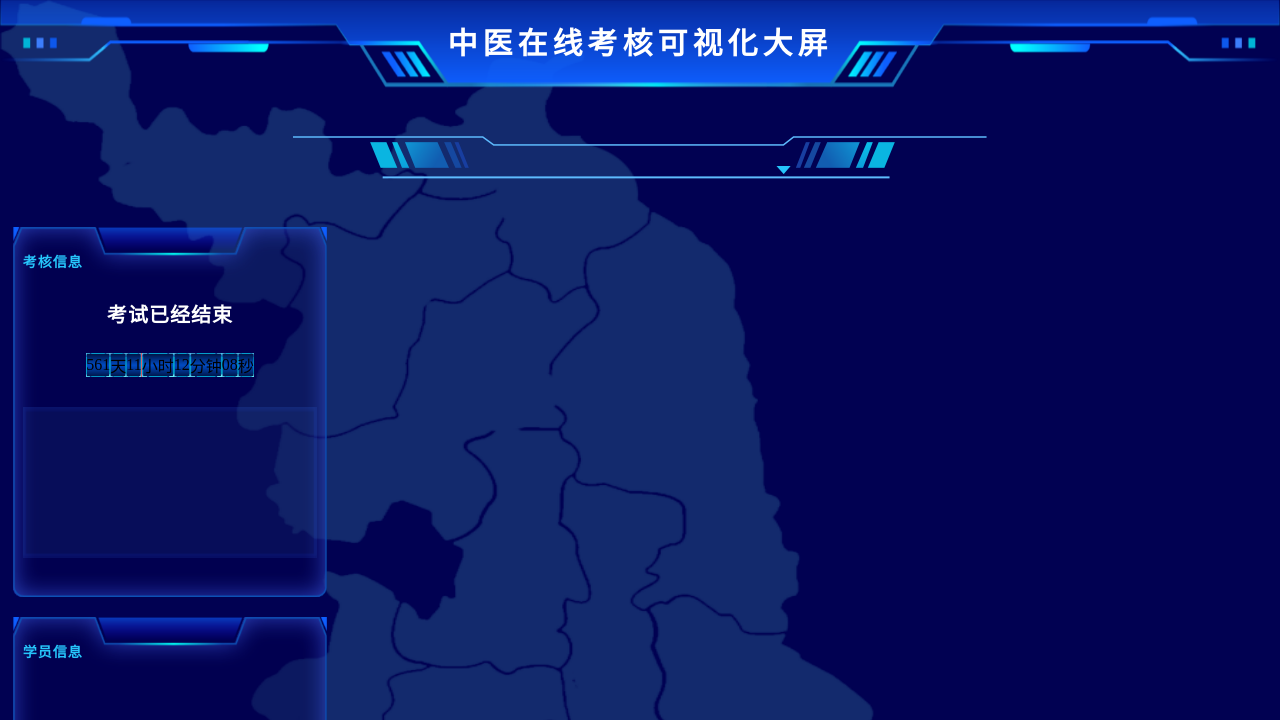
Repository: krislorem/medicine-online-datascreen-vue
Page: /
These files come from the project's save history. The page is drawn as it stood at one moment and after the next save; the edit follows.
The browser window is 1280 px wide. The pictures show the whole page.
The project was rebuilt for these pictures with package versions that can differ from the ones it lists, and the page was loaded fresh each time. Also part of the build but not shown: vite.config.ts.

Above is the page before, as saved 2024-12-04 19:55:15.
Console error (its wording comes from the project's code and is left out).

### src/main.ts
import './assets/main.css'

import { createApp } from 'vue'
import { createPinia } from 'pinia'
import ElementPlus from 'element-plus'
import 'element-plus/dist/index.css'
import App from './App.vue'
import router from './router'

const app = createApp(App)

app.use(createPinia())
app.use(router)
app.use(ElementPlus)
app.mount('#app')

### src/assets/main.css
body, html {
  width: 100%;
  height: 100%;
  overflow: hidden;
  margin: 0;
  padding: 0;
  width: 100vw;
  height: 100vh
}

#app {
  width: 100%;
  height: 100%
}

### src/App.vue
<template>
  <div>
    <RouterView></RouterView>
  </div>
</template>

<script setup lang="ts">

</script>

<style scoped>
</style>

### src/views/HomeView.vue
<template>
  <div class="home">
    <nav>
      <h1>中医在线考核可视化大屏</h1>
    </nav>
    <div id="mid-bar">
      <select id="info"></select>
    </div>
    <div id="all-info">
      <div id="left">
        <div class="item item-1">
          <p class="top-name"><span>考核信息</span></p>
          <p class="time-title"><span>考试已经结束</span></p>
          <div class="time-container">
            <div class="time-box" style=";"><span class="time-num">561</span></div>
            <div class="time-box" style=";"><span class="time-num">天</span></div>
            <div class="time-box" style=";"><span class="time-num">11</span></div>
            <div class="time-box" style=";"><span class="time-num">小时</span></div>
            <div class="time-box" style=";"><span class="time-num">12</span></div>
            <div class="time-box" style=";"><span class="time-num">分钟</span></div>
            <div class="time-box" style=";"><span class="time-num">08</span></div>
            <div class="time-box" style=";"><span class="time-num">秒</span></div>
          </div>
          <div class="result">
            <div class="ivu-carousel" style="height: 100%;">

            </div>
            <div class="ivu-carousel-list">
              <div class="ivu-carousel-track higher"
                style="width: 119px; transform: translate3d(0px, 0px, 0px); transition: transform 500ms; visibility: visible;">
                <div class="ivu-carousel-item" style="width: 119px; height: auto; left: 0px;">
                  <div class="res-topbar">
                    <span>{{ }}</span>
                    <span>{{ }}</span>
                  </div>
                </div>
              </div>
            </div>
          </div>
        </div>
        <div class="item item-2">
          <p class="top-name i2-top"><span>学员信息</span></p>
          <div class="i2">
            <div class="box">
              <p class="num bg-lg-blue">1</p>
              <p class="title bg-lg-blue">应考人数</p>
            </div>
            <div class="box">
              <p class="num bg-lg-cyan">0</p>
              <p class="title bg-lg-cyan">签到人数</p>
            </div>
            <div class="box">
              <p class="num bg-lg-red">0</p>
              <p class="title bg-lg-red">实考人数</p>
            </div>
            <div class="box">
              <p class="num bg-lg-blue">0</p>
              <p class="title bg-lg-blue">分配试卷</p>
            </div>
            <div class="box">
              <p class="num bg-lg-cyan">0</p>
              <p class="title bg-lg-cyan">答题中</p>
            </div>
            <div class="box">
              <p class="num bg-lg-red">0</p>
              <p class="title bg-lg-red">完成考试</p>
            </div>
            <div class="box">
              <p class="num bg-lg-blue2">1</p>
              <p class="title bg-lg-blue2">未签到</p>
            </div>
            <div class="box">
              <p class="num bg-lg-cyan2">1</p>
              <p class="title bg-lg-cyan2">未考核</p>
            </div>
            <div class="box">
              <p class="num bg-lg-red2">0</p>
              <p class="title bg-lg-red2">合格人数</p>
            </div>
          </div>
        </div>
      </div>
      <div id="right"></div>
    </div>
  </div>
</template>

<style scoped>
body {
  font-family: Helvetica Neue, Helvetica, PingFang SC, Hiragino Sans GB, Microsoft YaHei, "\5FAE\8F6F\96C5\9ED1", Arial, sans-serif;
  font-size: 12px;
  line-height: 1.5;
  color: #515a6e;
  background-color: #fff;
  -webkit-font-smoothing: antialiased;
  -moz-osx-font-smoothing: grayscale;
}

.home {
  background: #010152 url(/ditu.png) 50% no-repeat;
  background-size: 100% 100%;
}

.home nav {
  background-image: url(/dingbu.png);
  background-size: 100% 100%;
  background-repeat: no-repeat;
  overflow: hidden;
  display: -webkit-box;
  display: -ms-flexbox;
  display: flex;
  -webkit-box-align: center;
  -ms-flex-align: center;
  align-items: center;
}

.home nav h1 {
  font-size: 30px;
  font-family: PingFangSC-Semibold, PingFang SC;
  font-weight: 600;
  color: #fff;
  line-height: 58px;
  letter-spacing: 5px;
  margin: 15px auto;
}

.home #mid-bar {
  width: 694px;
  height: 43px;
  background: url(/nav.png) no-repeat;
  margin: 48px auto 36px;
  padding-top: 12px;
  display: -webkit-box;
  display: -ms-flexbox;
  display: flex;
  -webkit-box-pack: center;
  -ms-flex-pack: center;
  justify-content: center;
  -webkit-box-align: center;
  -ms-flex-align: center;
  align-items: center;
}

.home #mid-bar #info {
  appearance: none;
  -moz-appearance: none;
  -webkit-appearance: none;
  background: transparent url('/jiantou.png') no-repeat scroll 100%;
  width: 302px;
  height: 22px;
  font-size: 16px;
  text-align: center;
  font-family: PingFangSC-Semibold, PingFang SC;
  font-weight: 600;
  color: #26c5fb;
  line-height: 22px;
  letter-spacing: 2px;
  border: none;
}

#all-info {
  width: 100%;
  height: 796px;
  margin: 20px auto;
  display: -webkit-box;
  display: -ms-flexbox;
  display: flex;
  -ms-flex-pack: distribute;
  justify-content: space-around;
}

#all-info #left {
  width: 23%;
  height: 100%;
}


#all-info #left .item {
  height: 44%;
  width: 100%;
  padding: 10px;
  background-image: url(/kuang2.png);
  background-size: 100% 100%;
}

#all-info #left .item .top-name>span {
  width: 64px;
  height: 20px;
  font-size: 14px;
  font-family: PingFangSC-Semibold, PingFang SC;
  font-weight: 600;
  color: #26c5fb;
  line-height: 20px;
  letter-spacing: 1px;
}

#all-info #left .item-1 {
  margin-bottom: 20px;
}

#all-info #left .item-1 .time-title {
  text-align: center;
  font-size: 20px;
  font-family: PingFangSC-Semibold, PingFang SC;
  font-weight: 600;
  color: #fff;
  line-height: 20px;
  letter-spacing: 1px;
  margin: 32px auto 28px;
}

#all-info #left .item-1 .time-container,
#all-info #left .item-1 .time-container .time-box {
  display: -webkit-box;
  display: -ms-flexbox;
  display: flex;
  -webkit-box-pack: center;
  -ms-flex-pack: center;
  justify-content: center;
}

#all-info #left .item-1 .time-container .time-box {
  background-image: url('/kuang3.png');
  background-repeat: no-repeat;
  background-size: 100% 100%;
  -webkit-box-align: center;
  -ms-flex-align: center;
  align-items: center;
  background-color: #d7606b;
}

#all-info #left .item-1 .result {
  width: 100%;
  height: 43%;
  background-image: url('/kuang4.png');
  background-size: 100% 100%;
  margin: 30px auto 0;
  font-size: 16px;
  font-family: PingFangSC-Semibold, PingFang SC;
  font-weight: 600;
  color: #fff;
  line-height: 22px;
}

#all-info #left .item-2 {
  display: -webkit-box;
  display: -ms-flexbox;
  display: flex;
  -webkit-box-orient: vertical;
  -webkit-box-direction: normal;
  -ms-flex-direction: column;
  flex-direction: column;
}

#all-info #left .item-2 .i2-top {
  padding-bottom: 30px;
}

#all-info #left .item-2 .i2 {
  width: 100%;
  margin: 20px auto;
  display: -webkit-box;
  display: -ms-flexbox;
  display: flex;
  -ms-flex-wrap: wrap;
  flex-wrap: wrap;
  -ms-flex-pack: distribute;
  justify-content: space-around;
}

#all-info #left .item-2 .i2 .box {
  width: 30%;
  height: 67px;
  margin-bottom: 20px;
  padding: 20px auto;
  background-image: url('/kuang5.png');
  background-size: 100%;
  background-repeat: no-repeat;
}

#all-info #left .item-2 .i2 .box>.num,
#all-info #left .item-2 .i2 .box>.title {
  font-family: PingFangSC-Semibold, PingFang SC;
  font-weight: 600;
  color: #fff;
  text-align: center;
  background-clip: text;
  -webkit-background-clip: text;
  -webkit-text-fill-color: transparent;
  margin: 0 auto;
}

#all-info #left .item-2 .i2 .box>.num {
  width: 77px;
  height: 45px;
  font-size: 27px;
  line-height: 45px;
}

#all-info #right {
  width: 73%;
  height: 100%;
}
</style>
<script setup lang="ts">
import * as echarts from 'echarts';
import { onMounted } from 'vue'
const labelOption = {
  show: true,
  position: 'insideBottom',
  distance: 15,
  align: 'left',
  verticalAlign: 'middle',
  rotate: 90,
  formatter: '{c}  {name|{a}}',
  fontSize: 16,
  rich: {
    name: {}
  }
};
const option = {
  tooltip: {
    trigger: 'axis',
    axisPointer: {
      type: 'shadow'
    }
  },
  legend: {
    data: ['Forest', 'Steppe', 'Desert', 'Wetland']
  },
  xAxis: [
    {
      type: 'category',
      axisTick: { show: false },
      data: ['2012', '2013', '2014', '2015', '2016']
    }
  ],
  yAxis: [
    {
      type: 'value'
    }
  ],
  series: [
    {
      name: 'Forest',
      type: 'bar',
      barGap: 0,
      label: labelOption,
      emphasis: {
        focus: 'series'
      },
      data: [320, 332, 301, 334, 390]
    },
    {
      name: 'Steppe',
      type: 'bar',
      label: labelOption,
      emphasis: {
        focus: 'series'
      },
      data: [220, 182, 191, 234, 290]
    },
    {
      name: 'Desert',
      type: 'bar',
      label: labelOption,
      emphasis: {
        focus: 'series'
      },
      data: [150, 232, 201, 154, 190]
    },
    {
      name: 'Wetland',
      type: 'bar',
      label: labelOption,
      emphasis: {
        focus: 'series'
      },
      data: [98, 77, 101, 99, 40]
    }
  ]
};
onMounted(() => {
  let chartDom = document.getElementById('m');
  let myChart = echarts.init(chartDom);
  option && myChart.setOption(option);
})


</script>

Loaded but not shown: index.html (common file); src/router/index.ts (common file)

After the next save:
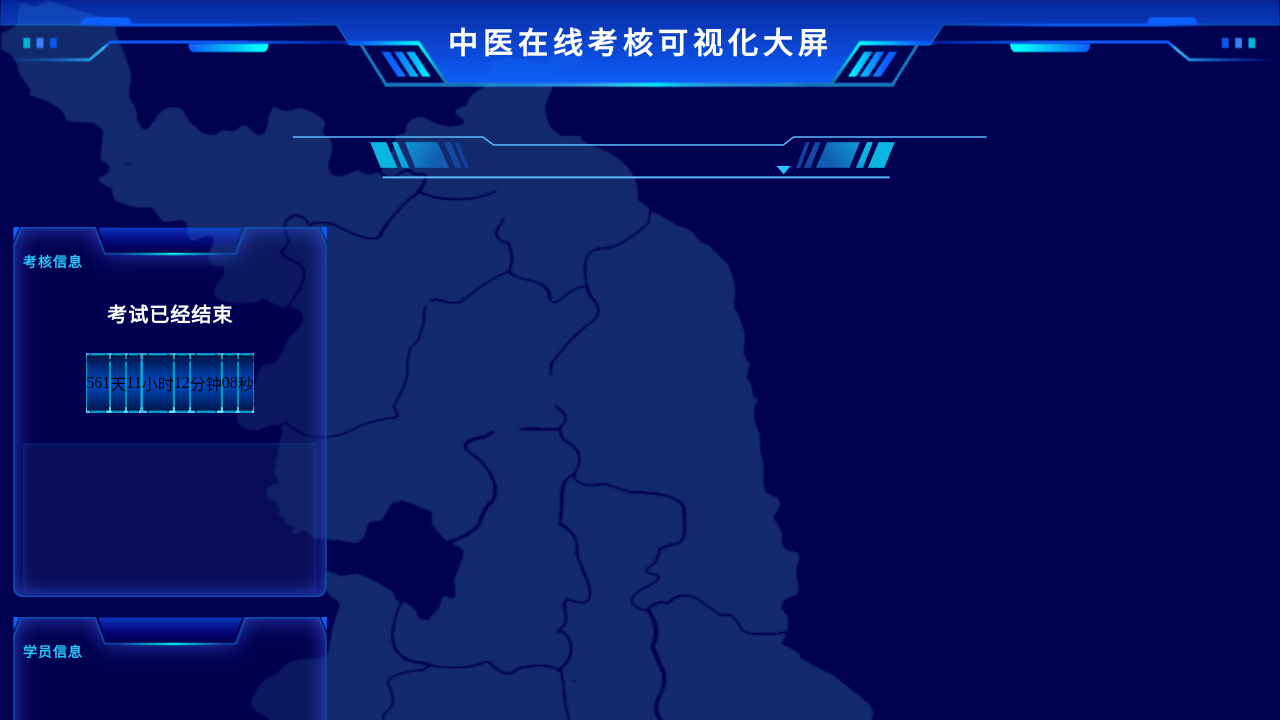
Saved 23 s later.
--- a/src/views/HomeView.vue
+++ b/src/views/HomeView.vue
@@ -207,6 +207,10 @@ body {
   line-height: 20px;
   letter-spacing: 1px;
   margin: 32px auto 28px;
+}
+
+#all-info #left .item-1 .time-container {
+  height: 60px
 }
 
 #all-info #left .item-1 .time-container,
